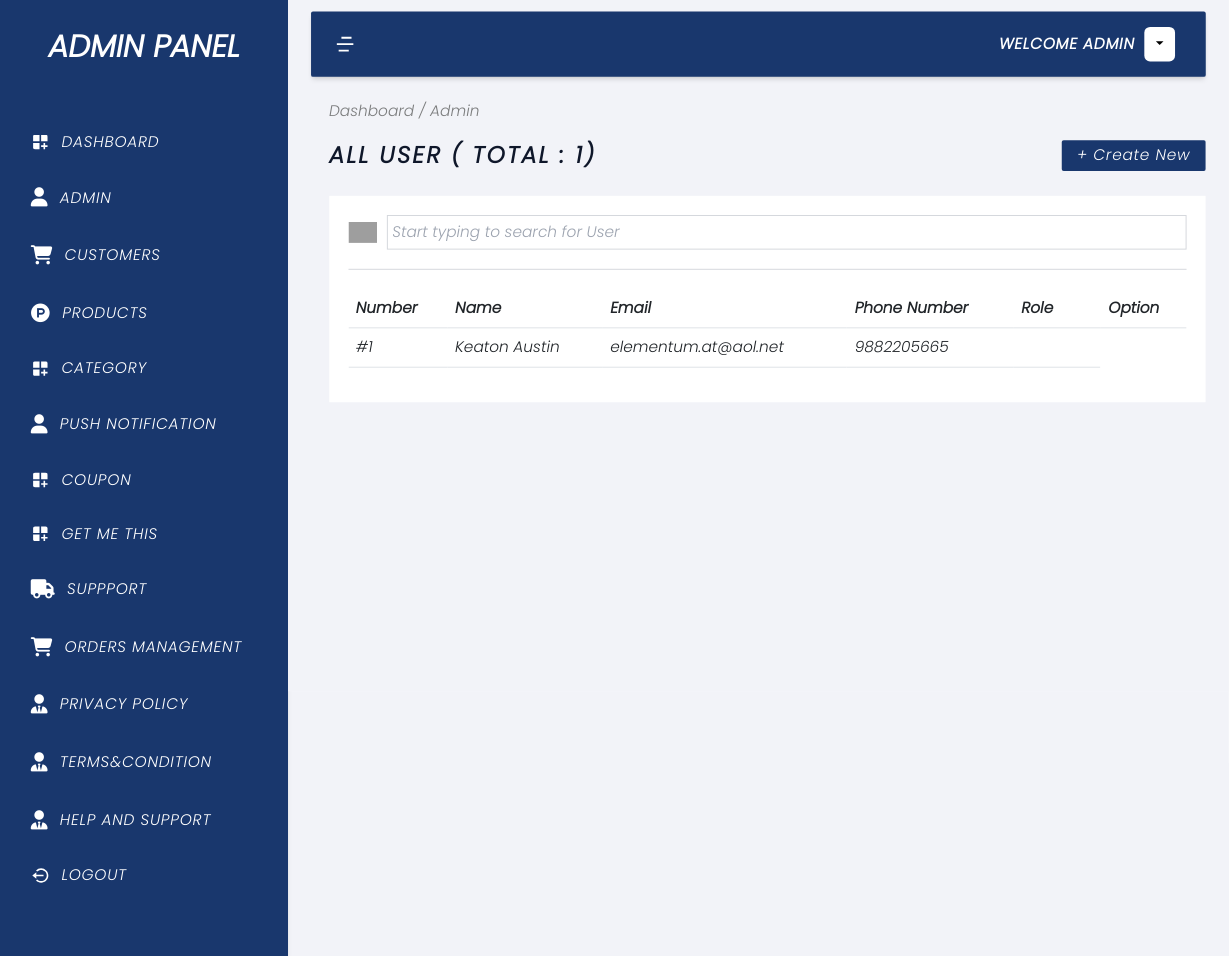
Repository: arpanmalik/project-khanna
Page: /Admin
The author's editor kept a copy of each file at every save. The page is drawn from the files as they stood at one save, then again after a run of saves.
The browser window is 1280 px wide. The pictures show the whole page, at 96% of full size.
Pictures or frames that could not be fetched are drawn as grey boxes. Some web libraries are served in a nearby version. The project was rebuilt for these pictures with package versions that can differ from the ones it lists, and the page was loaded fresh each time. Also part of the build but not shown: src/E-CommerceAdmin/forms/Login.jsx, src/E-CommerceAdmin/pages/Dashboard.jsx, src/E-CommerceAdmin/pages/ECategory.js, src/E-CommerceAdmin/pages/EProduct.js, src/E-CommerceAdmin/pages/EVendorList.js, src/E-CommerceAdmin/pages/EAdminOrders.js, src/E-CommerceAdmin/pages/EAdminProduct.js, src/E-CommerceAdmin/pages/EAdminDelivery.js and 11 more. Imported but missing from the stored project, and not drawn on this page: src/E-CommerceAdmin/pages/Component/SpinnerComp, src/E-CommerceVendor/forms/EVendorLogin, src/E-CommerceVendor/pages/EVCategory, src/E-CommerceVendor/pages/EVCoupon, src/E-CommerceVendor/pages/EVDashboard, src/E-CommerceVendor/pages/EVOrders, src/E-CommerceVendor/pages/EVProduct, src/E-CommerceVendor/pages/EVSubCategory.

Above is the page before, as saved 2023-05-16 15:07:21.

After the next 2 saves:
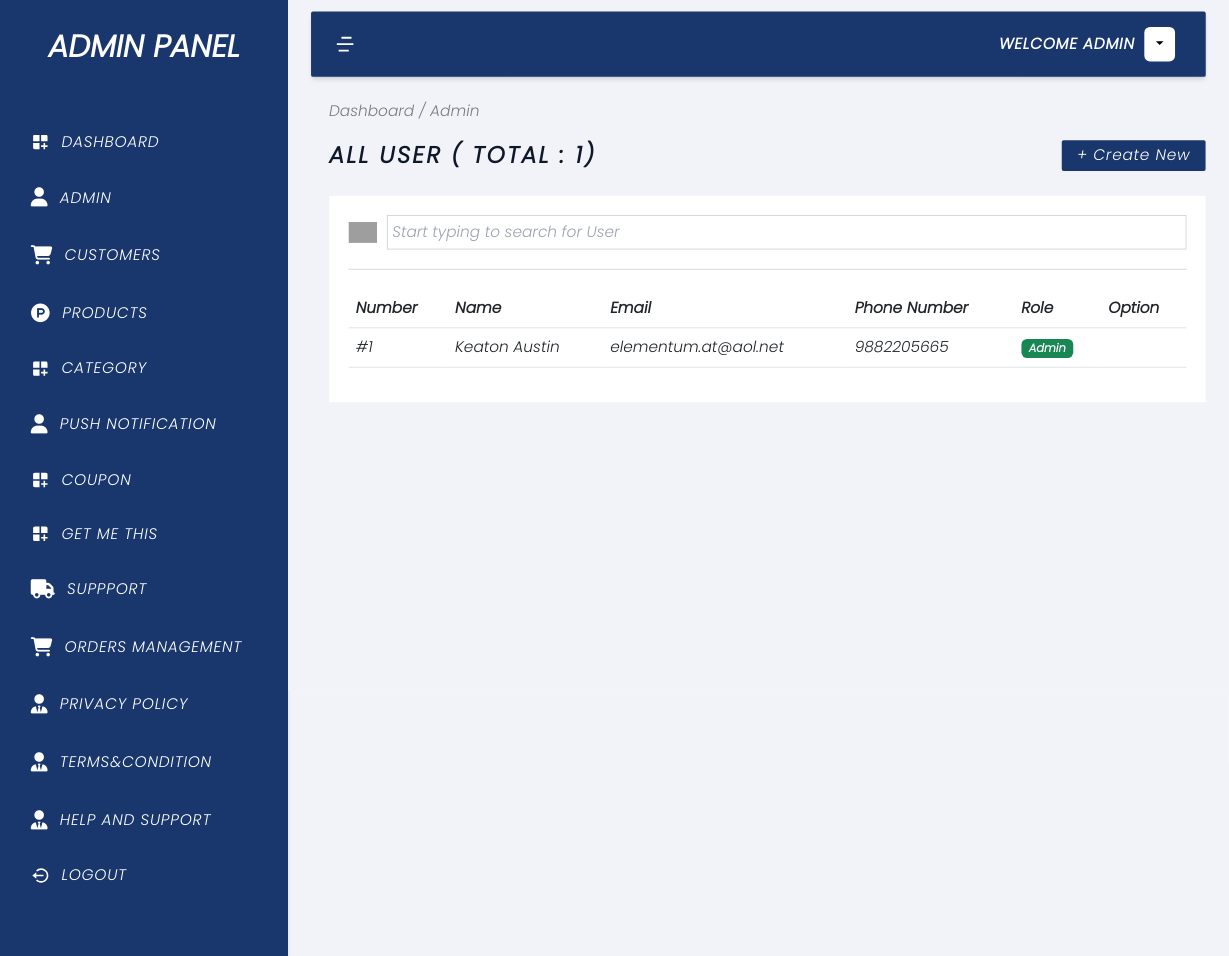
The 2 saves are shown as one change because they came seconds apart.
The last was saved 8 s later.
--- a/src/E-CommerceAdmin/pages/EAdmin.js
+++ b/src/E-CommerceAdmin/pages/EAdmin.js
@@ -178,8 +178,9 @@ const EAdmin = () => {
                     <td>elementum.at@aol.net</td>
                     <td>9882205665</td>
                     <td>
-                      <Badge bg='' >Admin</Badge>
+                      <Badge bg='success' >Admin</Badge>
                     </td>
+                    <td></td>
                   </tr>
                 </tbody>
               </Table>
